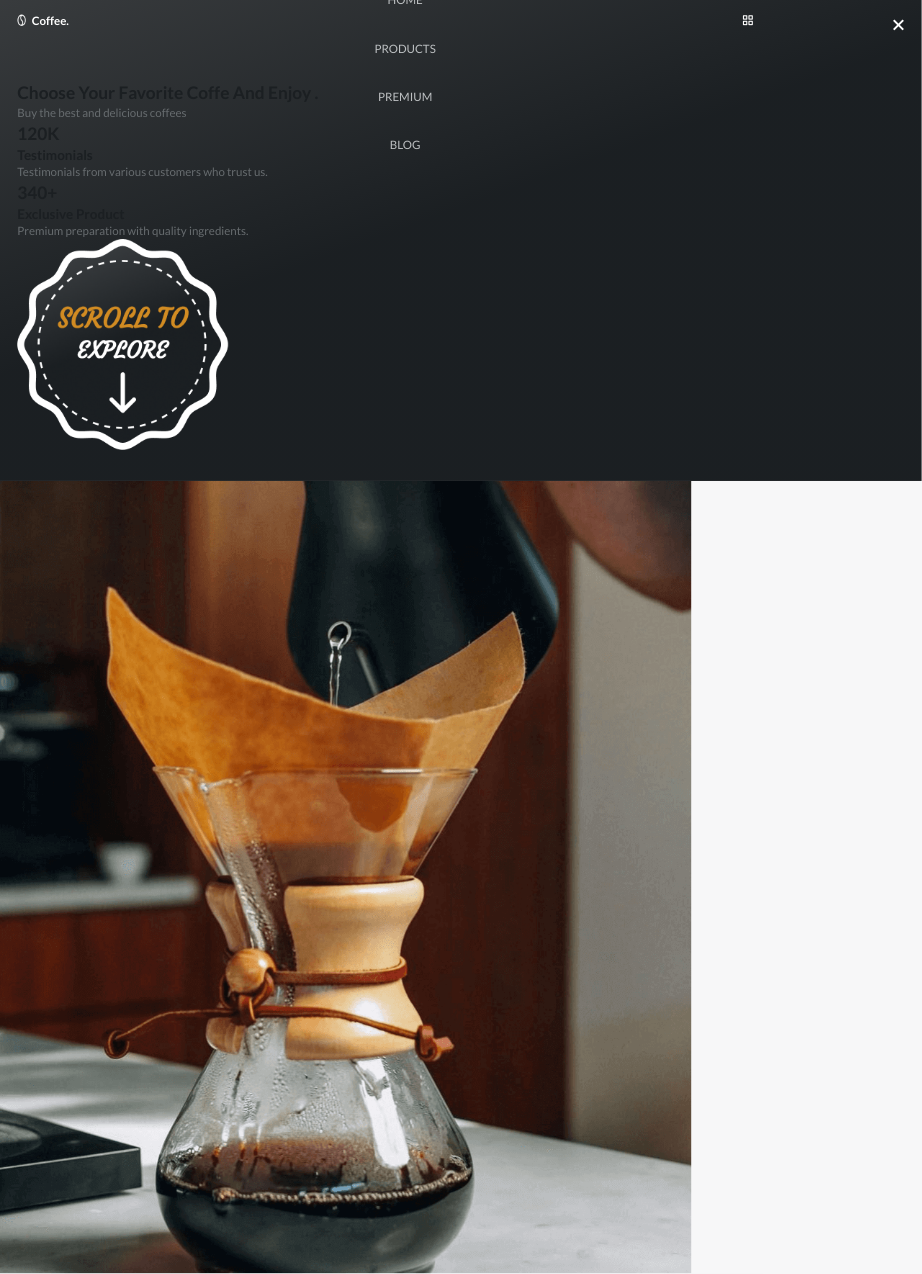
Repository: phong121020/coffee-responsive
Page: index.html
An editor plug-in stored every save of this project. The page is shown before and after the next save, followed by the edit.
The browser window is 1280 px wide. The pictures show the whole page, at 72% of full size.

Above is the page before, as saved 2022-03-06 17:47:36.

### index.html
<!DOCTYPE html>
<html lang="en">
  <head>
    <meta charset="UTF-8" />
    <meta http-equiv="X-UA-Compatible" content="IE=edge" />
    <meta name="viewport" content="width=device-width, initial-scale=1.0" />
    <!-- link -->
    <link rel="stylesheet" href="./assets/css/style.css" />
    <!-- favicon -->
    <link
      rel="shortcut icon"
      href="./assets/img/favicon.png"
      type="image/x-icon"
    />
    <title>Document</title>
    <!-- boxicon -->
    <link
      href="https://unpkg.com/boxicons@2.1.1/css/boxicons.min.css"
      rel="stylesheet"
    />
  </head>
  <body>
    <!-- HEADER -->
    <header class="header" id="header">
      <nav class="nav container">
        <a href="#" class="nav__logo">
          <img src="./assets/img/logo.png" alt="" class="nav__logo-img" />
          Coffee.
        </a>
        <div class="nav__menu" id="nav-menu">
          <ul class="nav__list">
            <li class="nav__item">
              <a href="#home" class="nav__link">Home</a>
            </li>
            <li class="nav__item">
              <a href="#products" class="nav__link">Products</a>
            </li>
            <li class="nav__item">
              <a href="#premium" class="nav__link">Premium</a>
            </li>
            <li class="nav__item">
              <a href="#blog" class="nav__link">Blog</a>
            </li>
          </ul>
          <div class="nav__close" id="nav-close">
            <i class="bx bx-x"></i>
          </div>
        </div>
        <!-- Toggle button -->
        <div class="nav__toggle" id="nav-toggle">
          <i class="bx bx-grid-alt"></i>
        </div>
      </nav>
    </header>
    <!-- MAIN -->
    <main>
      <!-- HOME -->
      <section class="home grid" id="home">
        <div class="home__container">
          <div class="home__content container">
            <h1 class="home__title">
              Choose Your Favorite Coffe And Enjoy <span>.</span>
            </h1>
            <p class="home__desc">Buy the best and delicious coffees</p>
            <div class="home__data">
              <div class="home__data-group">
                <h2 class="home__data-number">120K</h2>
                <h3 class="home__data-title">Testimonials</h3>
                <p class="home__data-desc">
                  Testimonials from various customers who trust us.
                </p>
              </div>
              <div class="home__data-group">
                <h2 class="home__data-number">340+</h2>
                <h3 class="home__data-title">Exclusive Product</h3>
                <p class="home__data-desc">
                  Premium preparation with quality ingredients.
                </p>
              </div>
            </div>
            <a href="#specialty">
              <img src="./assets/img/scroll.png" alt="" class="home__scroll" />
            </a>
          </div>
        </div>
        <img src="./assets/img/home.png" alt="" class="home__img" />
      </section>
    </main>
    <!-- JS -->
    <script src="./assets/js/app.js"></script>
  </body>
</html>

### assets/css/style.css
/*=============== GOOGLE FONTS ===============*/
@import url("https://fonts.googleapis.com/css2?family=Lato:wght@400;700&display=swap");

/*=============== VARIABLES CSS ===============*/
:root {
  --header-height: 3.5rem;

  /*========== Colors ==========*/
  --first-color: hsl(36, 72%, 48%);
  --first-color-alt: hsl(36, 72%, 44%);
  --black-color: hsl(206, 12%, 12%);
  --card-color: hsl(0, 0%, 90%);
  --title-color: hsl(206, 12%, 12%);
  --text-color: hsl(206, 4%, 42%);
  --text-color-light: hsl(206, 4%, 75%);
  --body-color: hsl(206, 4%, 97%);
  --container-color: #fff;

  /*========== Font and typography ==========*/
  --body-font: "Lato", sans-serif;
  --biggest-font-size: 2.25rem;
  --h1-font-size: 1.5rem;
  --h2-font-size: 1.25rem;
  --h3-font-size: 1rem;
  --normal-font-size: 0.938rem;
  --small-font-size: 0.813rem;
  --smaller-font-size: 0.75rem;

  /*========== Font weight ==========*/
  --font-bold: 700;

  /*========== z index ==========*/
  --z-tooltip: 10;
  --z-fixed: 100;
}

@media screen and (min-width: 968px) {
  :root {
    --biggest-font-size: 3.5rem;
    --h1-font-size: 2.25rem;
    --h2-font-size: 1.5rem;
    --h3-font-size: 1.25rem;
    --normal-font-size: 1rem;
    --small-font-size: 0.875rem;
    --smaller-font-size: 0.813rem;
  }
}

/*=============== BASE ===============*/
* {
  box-sizing: border-box;
  padding: 0;
  margin: 0;
}

html {
  scroll-behavior: smooth;
}

body {
  font-family: var(--body-font);
  font-size: var(--normal-font-size);
  background-color: var(--body-color);
  color: var(--text-color);
}

h1,
h2,
h3 {
  color: var(--title-color);
  font-weight: var(--font-bold);
}

h1,
h2,
h3,
p {
  line-height: 140%;
}

ul {
  list-style: none;
}

a {
  text-decoration: none;
}

img {
  max-width: 100%;
  height: auto;
}

button {
  border: none;
  outline: none;
  cursor: pointer;
}

/*=============== REUSABLE CSS CLASSES ===============*/
.container {
  max-width: 1024px;
  margin-left: 1.5rem;
  margin-right: 1.5rem;
}

.grid {
  display: grid;
  gap: 1.5rem;
}

.section {
  padding: 4.5rem 0 2rem;
}

.section__title {
  position: relative;
  font-size: var(--h1-font-size);
  padding-left: 1.25rem;
  margin-bottom: 2.5rem;
}

.section__title::before {
  content: "";
  position: absolute;
  top: 8px;
  left: 0;
  width: 3px;
  height: 20px;
  background-color: var(--first-color);
}

/* HEADER & NAV */
.header {
  width: 100%;
  background-color: transparent;
  position: fixed;
  top: 0;
  left: 0;
  right: 0;
  z-index: var(--z-fixed);
}
.nav {
  height: var(--header-height);
  display: flex;
  justify-content: space-between;
  align-items: center;
}
.nav__logo,
.nav__toggle {
  color: #fff;
}
.nav__logo {
  display: flex;
  align-items: center;
  justify-content: center;
  column-gap: 0.5rem;
  font-weight: var(--font-bold);
}
.nav__logo-img {
  width: 0.75rem;
}
.nav__toggle {
  display: inline-flex;
  font-size: 1.15rem;
  cursor: pointer;
}

@media screen and (max-width: 767px) {
  .nav__menu {
    position: fixed;
    top: 0;
    right: -100%;
    background-color: var(--black-color);
    width: 100%;
    height: 100%;
    transition: 0.3s;
  }
  .nav__menu.is-show {
    right: 0;
  }
}
.nav__list {
  display: flex;
  flex-direction: column;
  text-align: center;
  row-gap: 3rem;
  padding-top: 9rem;
}
.nav__link {
  text-transform: uppercase;
  color: var(--text-color-light);
  transition: 0.3s;
}
.nav__link:hover {
  color: #fff;
}
.nav__close {
  font-size: 2rem;
  position: absolute;
  top: 1rem;
  right: 1rem;
  color: #fff;
  cursor: pointer;
}
/* HOME */
.home {
  gap: 0;
}
.home__container {
  padding: 7rem 0 2.5rem;
  background: linear-gradient(
    160deg,
    hsla(206, 4%, 24%, 1) -4%,
    hsla(206, 12%, 12%, 1) 46%
  );
}
.home__content {
  position: relative;
}

### assets/js/app.js
// SHOW MENU
const navToggle = document.querySelector(".nav__toggle");
const navMenu = document.querySelector(".nav__menu");
const navClose = document.querySelector(".nav__close");
const navItem = document.querySelectorAll(".nav__item");
// MENU SHOW
if (navToggle) {
  navToggle.addEventListener("click", function () {
    navMenu.classList.add("is-show");
  });
}
//  MENU HIDDEN
if (navClose) {
  navClose.addEventListener("click", function () {
    navMenu.classList.remove("is-show");
  });
}
// REMOVE MENU MOBILE
[...navItem].forEach((item) =>
  item.addEventListener("click", function () {
    navMenu.classList.remove("is-show");
  })
);

After the next save:
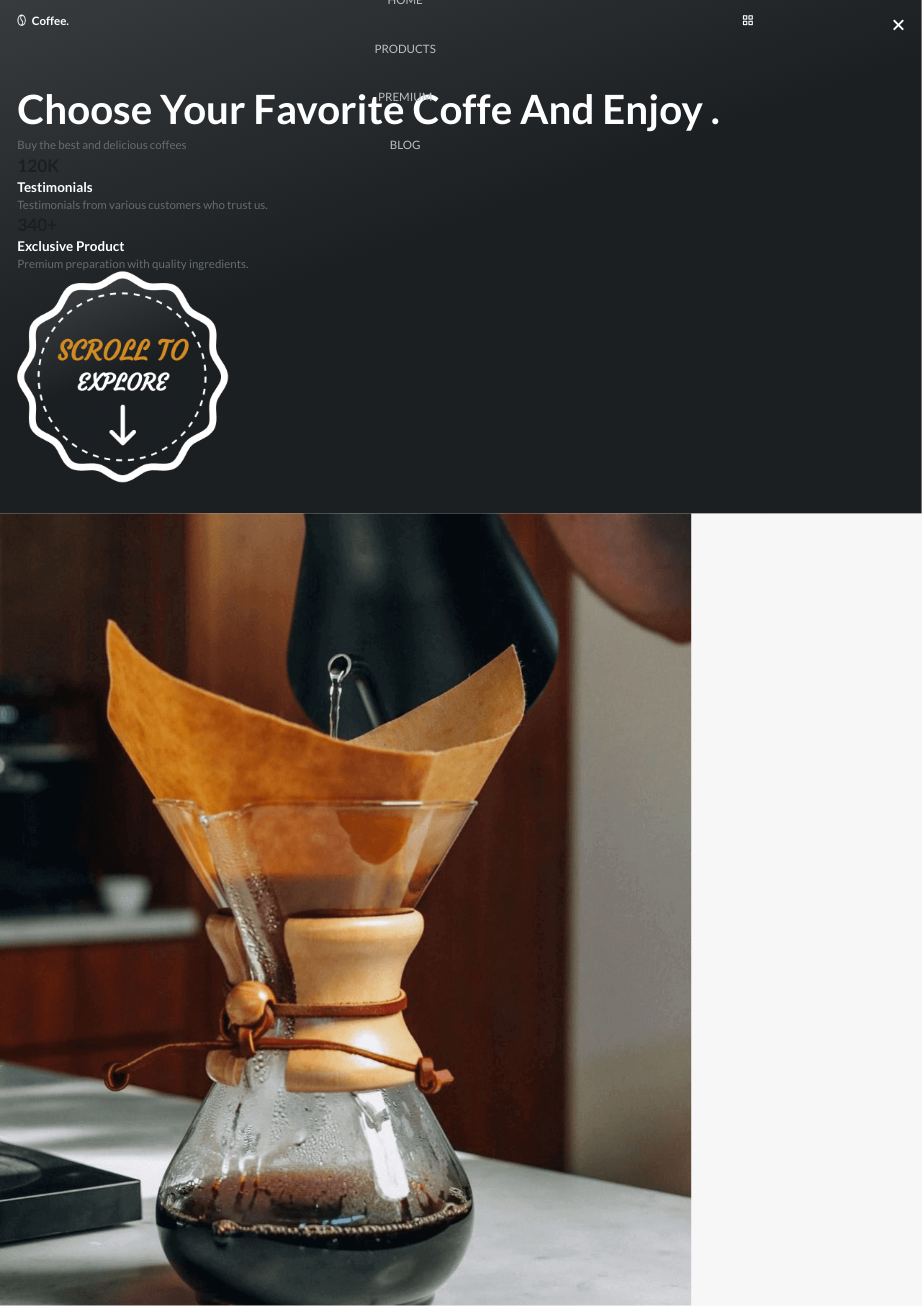
Saved 44 s later.
--- a/assets/css/style.css
+++ b/assets/css/style.css
@@ -218,3 +218,10 @@ button {
 .home__content {
   position: relative;
 }
+.home__title,
+.home__data-title {
+  color: #fff;
+}
+.home__title {
+  font-size: var(--biggest-font-size);
+}
